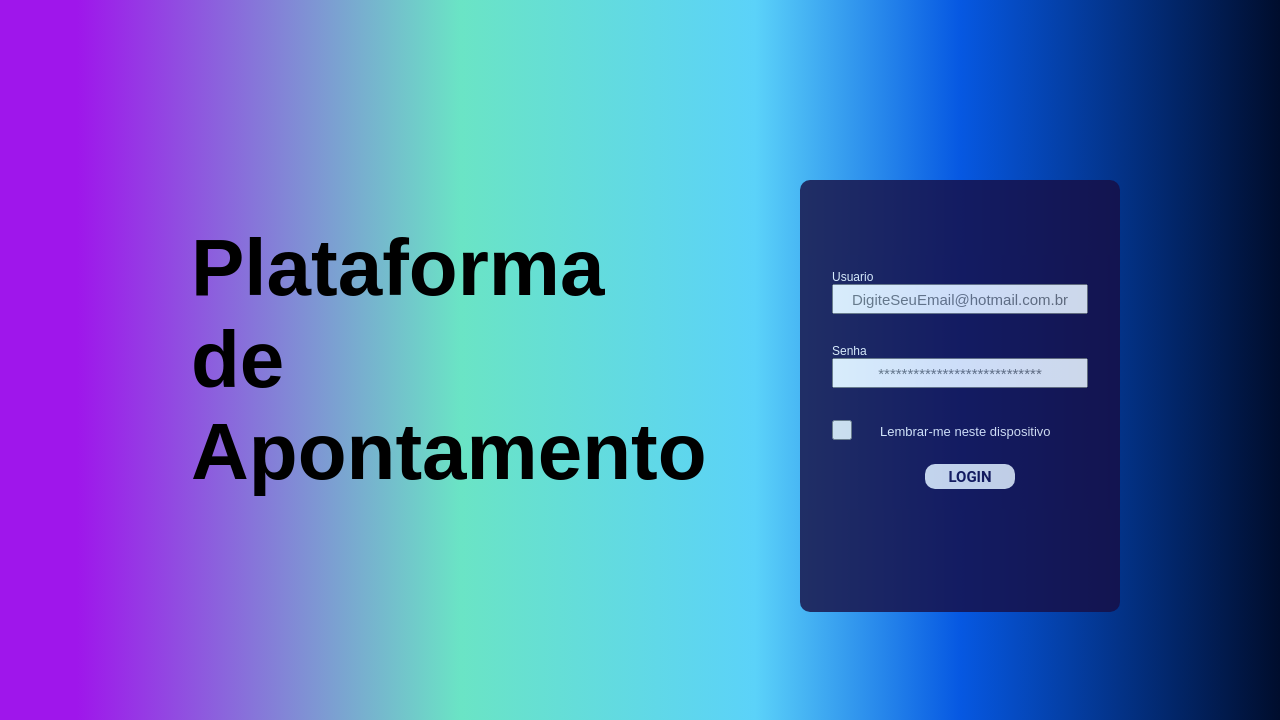
Repository: KevynMarques/Estudos-Reactjs-Firebase
Page: /
These files come from the project's save history. The page is drawn as it stood at one moment and after the next save; the edit follows.
The browser window is 1280 px wide. The pictures show the whole page.
The page's requests for data from a server got no answer. The project was rebuilt for these pictures with package versions that can differ from the ones it lists, and the page was loaded fresh each time. No one was signed in, and anything a server would have sent is missing. Also part of the build but not shown: src/Pages/Page2.jsx.

Above is the page before, as saved 2022-08-23 14:53:44.

### public/index.html
<!DOCTYPE html>
<html lang="pt-BR">
  <head>
    <meta charset="utf-8" />
    <link rel="icon" href="%PUBLIC_URL%/favicon.ico" />
    <meta name="viewport" content="width=device-width, initial-scale=1" />
    <meta name="theme-color" content="#000000" />
    <meta
      name="description"
      content="Web site created using create-react-app"
    />
    <link rel="apple-touch-icon" href="%PUBLIC_URL%/logo192.png" />
    <!--
      manifest.json provides metadata used when your web app is installed on a
      user's mobile device or desktop. See https://developers.google.com/web/fundamentals/web-app-manifest/
    -->
    <link rel="manifest" href="%PUBLIC_URL%/manifest.json" />
    <!--
      Notice the use of %PUBLIC_URL% in the tags above.
      It will be replaced with the URL of the `public` folder during the build.
      Only files inside the `public` folder can be referenced from the HTML.

      Unlike "/favicon.ico" or "favicon.ico", "%PUBLIC_URL%/favicon.ico" will
      work correctly both with client-side routing and a non-root public URL.
      Learn how to configure a non-root public URL by running `npm run build`.
    -->
    <title>Squad</title>
  </head>
  <body>
    <noscript>You need to enable JavaScript to run this app.</noscript>
    <div id="root"></div>
    <!--
      This HTML file is a template.
      If you open it directly in the browser, you will see an empty page.

      You can add webfonts, meta tags, or analytics to this file.
      The build step will place the bundled scripts into the <body> tag.

      To begin the development, run `npm start` or `yarn start`.
      To create a production bundle, use `npm run build` or `yarn build`.
    -->
  </body>
</html>

### src/App.jsx
import React from "react";
import Router from "./Routers/router";
import { GlobalStyle } from "./GlobalStyle";



function App() {
  return (
    <>
    <GlobalStyle/>
      <Router/>
    </>
  );
}

export default App;

### src/Routers/router.jsx
import { BrowserRouter, Routes, Route } from "react-router-dom";
import { Page1 } from "../Pages/Page1";
import { Page2 } from "../Pages/Page2";



export default () => {
  return (
    <>
    <BrowserRouter >
    <Routes >
      <Route path="/" element={<Page1 />} />
      <Route path="/Page2" element={<Page2 />} />
    </Routes>
    </BrowserRouter>
    </>
  );
}

### src/GlobalStyle.jsx

import { createGlobalStyle } from 'styled-components';

export const GlobalStyle = createGlobalStyle`
 * {
   margin: 0;
   padding: 0;
   box-sizing: border-box;
 }
`;

### src/Pages/Page1.jsx
import React from "react";
import { Login } from "../Components/Login/index";


export const Page1 = ()=>{
   return(
    <Login />
   );
}

### src/Components/Login/index.jsx
import React from "react";
import { authConfig } from "../../Auth/config";
import { BoxHome, BoxLogin, ButtomLogin, InputDeLogin, Remember, TextLogin, TextRemember, TextTittle} from "./style";






export const Login =()=>{
  return (
    <BoxHome>
      <TextTittle>
        Plataforma de Apontamento
      </TextTittle>

    <BoxLogin>
       <TextLogin>Usuario</TextLogin>
       <InputDeLogin type="email" id="email" name="email" placeholder="DigiteSeuEmail@hotmail.com.br" />
       <TextLogin>Senha</TextLogin>
       <InputDeLogin type="text" id="password" name="password"  placeholder="****************************"/>
      <Remember />
      <TextRemember>Lembrar-me neste dispositivo</TextRemember>
     <ButtomLogin>
      LOGIN
     </ButtomLogin>
    </BoxLogin>
    </BoxHome>
  )
}

### src/Auth/config.jsx
import * as firebase from 'firebase/app';
import 'firebase/auth';

export const authConfig = firebase.initializeApp({
  apiKey: process.env.REACT_APP_FIREBASE_KEY,
  authDomain: process.env.REACT_APP_FIREBASE_DOMAIN,
  projectId: process.env.REACT_APP_FIREBASE_PROJECT_ID,
  storageBucket: process.env.REACT_APP_FIREBASE_STORAGE_BUCKET,
  messagingSenderId:process.env.REACT_APP_FIREBASE_SENDER_ID,
});

### src/Components/Login/style.jsx
import styled from "styled-components";

export const BoxHome = styled.div`
display: flex;
align-items: center;
justify-content: center;
background: rgb(159,22,235);
background: linear-gradient(90deg, rgba(159,22,235,1) 6%, rgba(106,228,197,1) 36%, rgba(91,210,249,1) 59%, rgba(6,88,226,1) 75%, rgba(0,13,45,1) 100%);
height: 100vh;
`;


export const TextTittle = styled.h1`
position: absolute;
margin-left: -35vw;
font-family: Arial, Helvetica, sans-serif;
max-width: 450px;
font-size: 80px;

`;

export const BoxLogin = styled.div`
  width: 25vw;
  height: 60vh;
  background-color: #170d43;
  opacity: 0.8;
  border-radius: 10px;
  margin-top: 10vh;
  margin-left: 50vw;
  display: flex;
  flex-direction: column;
  padding-top: 60px;
`;

export const InputDeLogin = styled.input`
width: 80%;
margin-left: 10%;
height: 30px;
text-align: center;
font-size: 15px;

`;

export const TextLogin = styled.label`
 color: white;
 font-family: Arial, Helvetica, sans-serif;
 font-size: 12px;
 margin-left: 10%;
 margin-top: 30px;
`;


export const Remember = styled.button`
 width: 20px;
 height: 20px;
 margin-left: 10%;
 margin-top: 10%;
 cursor: pointer;
`;

export const TextRemember = styled.label`
  color: white;
  font-family: Arial, Helvetica, sans-serif;
  font-size: 13px;
  margin-left: 25%;
  margin-top: -5%;
`;


export const ButtomLogin = styled.button`
@import url('https://fonts.googleapis.com/css2?family=Macondo&family=Roboto:wght@500&display=swap');
 width: 90px;
 height: 25px;
 border: none;
 border-radius: 10px;
 font-weight: bold;
 font-family: 'Roboto', sans-serif;
 font-size: 15px;
 color:#170d43;
 margin-left: 125px;
 margin-top: 25px;
`;

Loaded but not shown: src/index.js (common file)

After the next save:
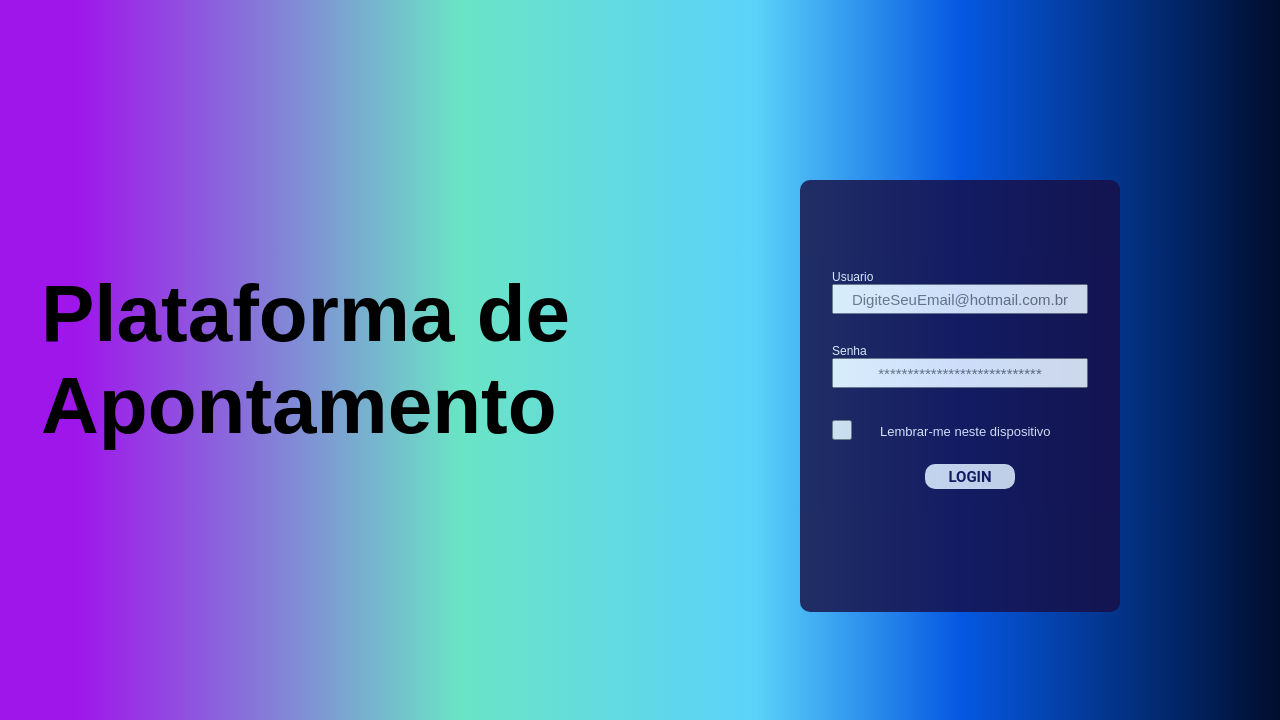
Saved 6 s later.
--- a/src/Components/Login/style.jsx
+++ b/src/Components/Login/style.jsx
@@ -14,7 +14,7 @@ export const TextTittle = styled.h1`
 position: absolute;
 margin-left: -35vw;
 font-family: Arial, Helvetica, sans-serif;
-max-width: 450px;
+max-width: 750px;
 font-size: 80px;
 
 `;
